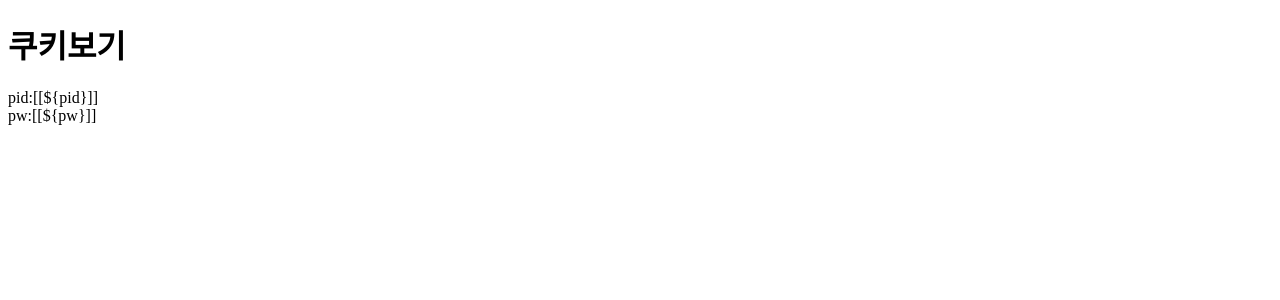
Repository: Yousehyeon/spring_work
Page: stsMvcProj/src/main/webapp/views/cookie/testview.html
These files come from the project's save history. The page is drawn as it stood at one moment and after the next save; the edit follows.
The browser window is 1280 px wide. The pictures show the whole page.

Above is the page before, as saved 2023-08-22 03:45:16.

### stsMvcProj/src/main/webapp/views/cookie/testview.html
<!DOCTYPE html>
<html xmlns="http://www.thymeleaf.org">
<head>
<meta charset="UTF-8">
<title>쿠키보기</title>
</head>
<body>
<h1>쿠키보기</h1>
pid:[[${pid}]]<br/>
pw:[[${pw}]]<br/>
</body>
</html>

After the next save:
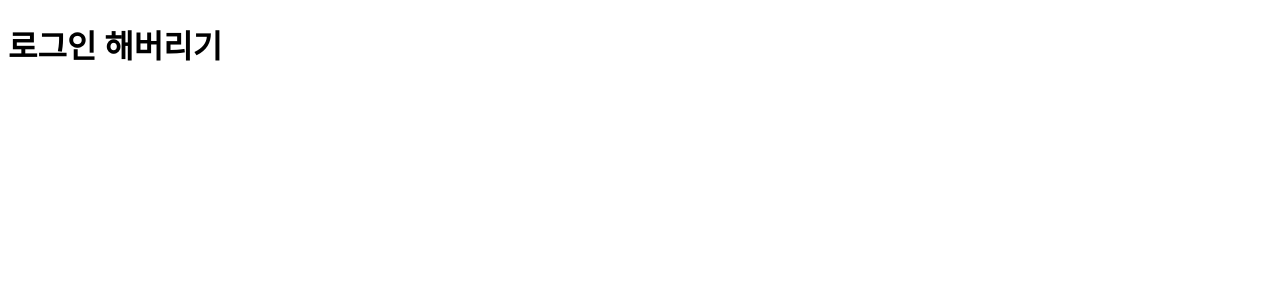
Saved 19 s later.
--- a/stsMvcProj/src/main/webapp/views/cookie/testview.html
+++ b/stsMvcProj/src/main/webapp/views/cookie/testview.html
@@ -5,8 +5,7 @@
 <title>쿠키보기</title>
 </head>
 <body>
-<h1>쿠키보기</h1>
-pid:[[${pid}]]<br/>
-pw:[[${pw}]]<br/>
+<h1>로그인 해버리기</h1>
+
 </body>
 </html>
